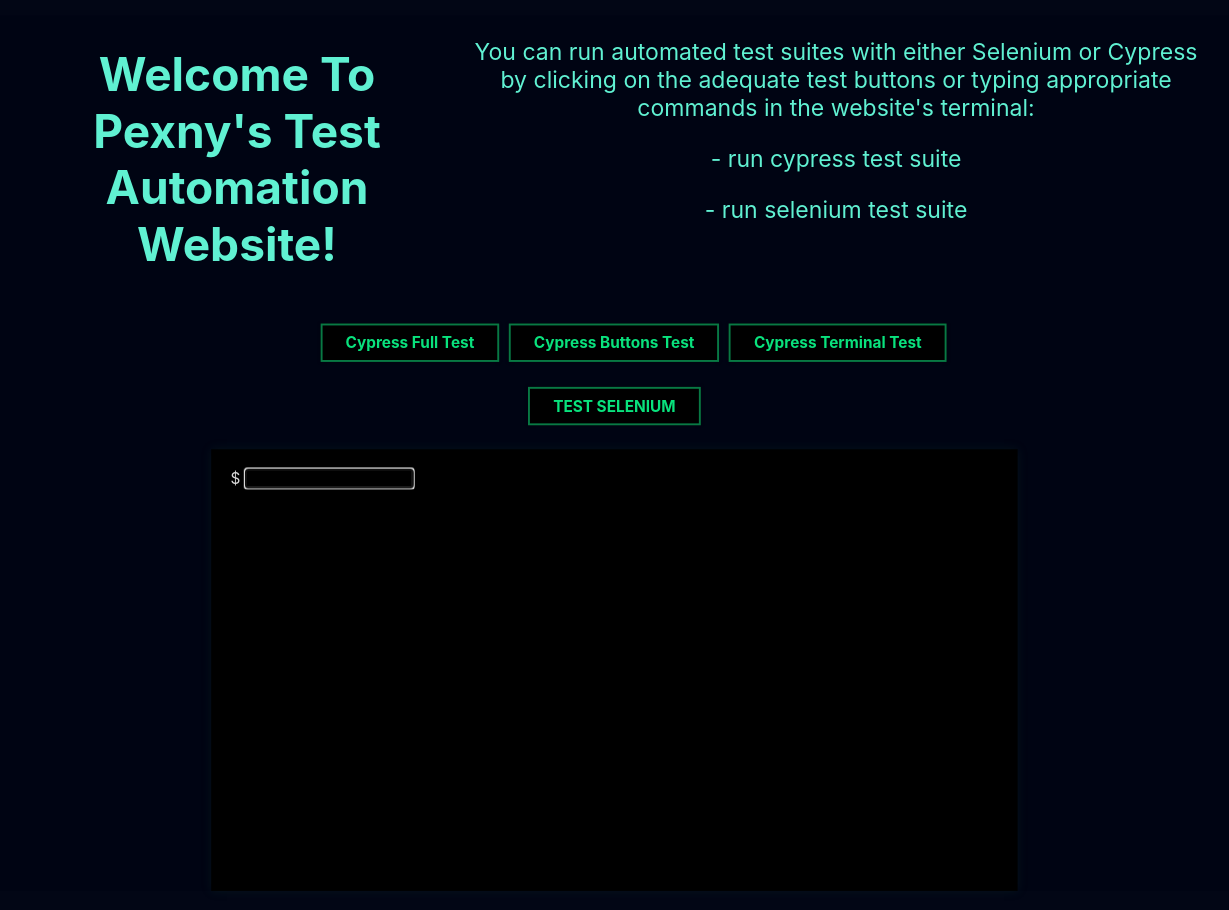
Repository: p3xny/Test-Automation-Website
Page: / (app in client/), after clicking the first element matching `#test-button-cypress-menu`
These files come from the project's save history. The page is drawn as it stood at one moment and after a run of saves; the edit follows.
The browser window is 1280 px wide. The pictures show the whole page, at 96% of full size.
The project was rebuilt for these pictures with package versions that can differ from the ones it lists, and the page was loaded fresh each time. Also part of the build but not shown: client/src/components/UI/Card.module.css, client/src/components/UI/Card.js.

Above is the page before, as saved 2023-08-24 20:21:38.

After the next 2 saves:
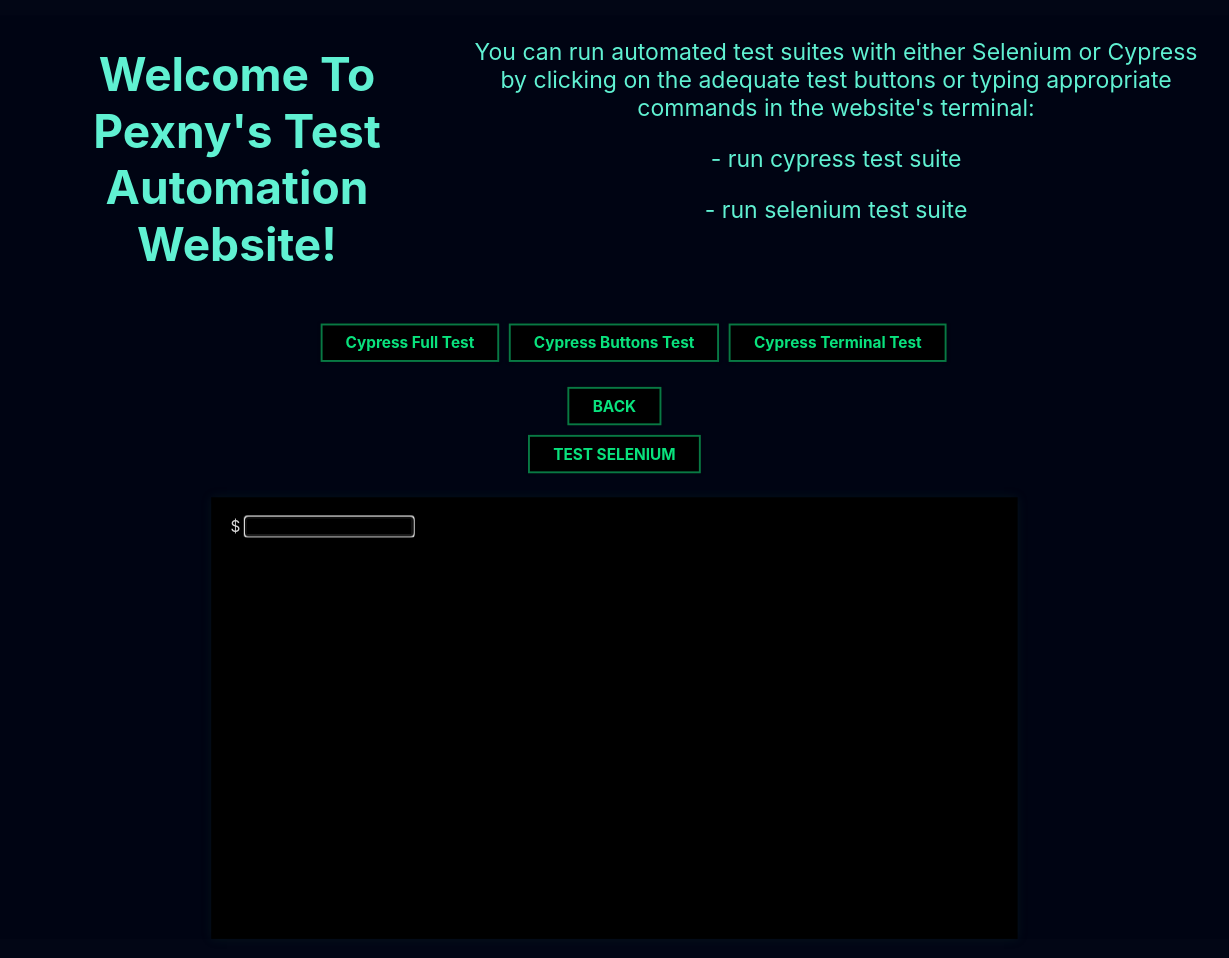
The 2 saves are shown as one change because 1 did not build or start.
The last was saved 89 s later.
--- a/client/src/components/Tests.js
+++ b/client/src/components/Tests.js
@@ -56,7 +56,16 @@
         />
       )}
       {isActive && (
-        <TestMenu tests={filterButtons[props.testTool]} testTool="cypress" />
+        <React.Fragment>
+          <TestMenu tests={filterButtons[props.testTool]} testTool="cypress" />
+          <button
+            className={styles.button}
+            id={"back-button"}
+            onClick={makeInactiveHandler}
+          >
+            BACK
+          </button>
+        </React.Fragment>
       )}
     </div>
   );
